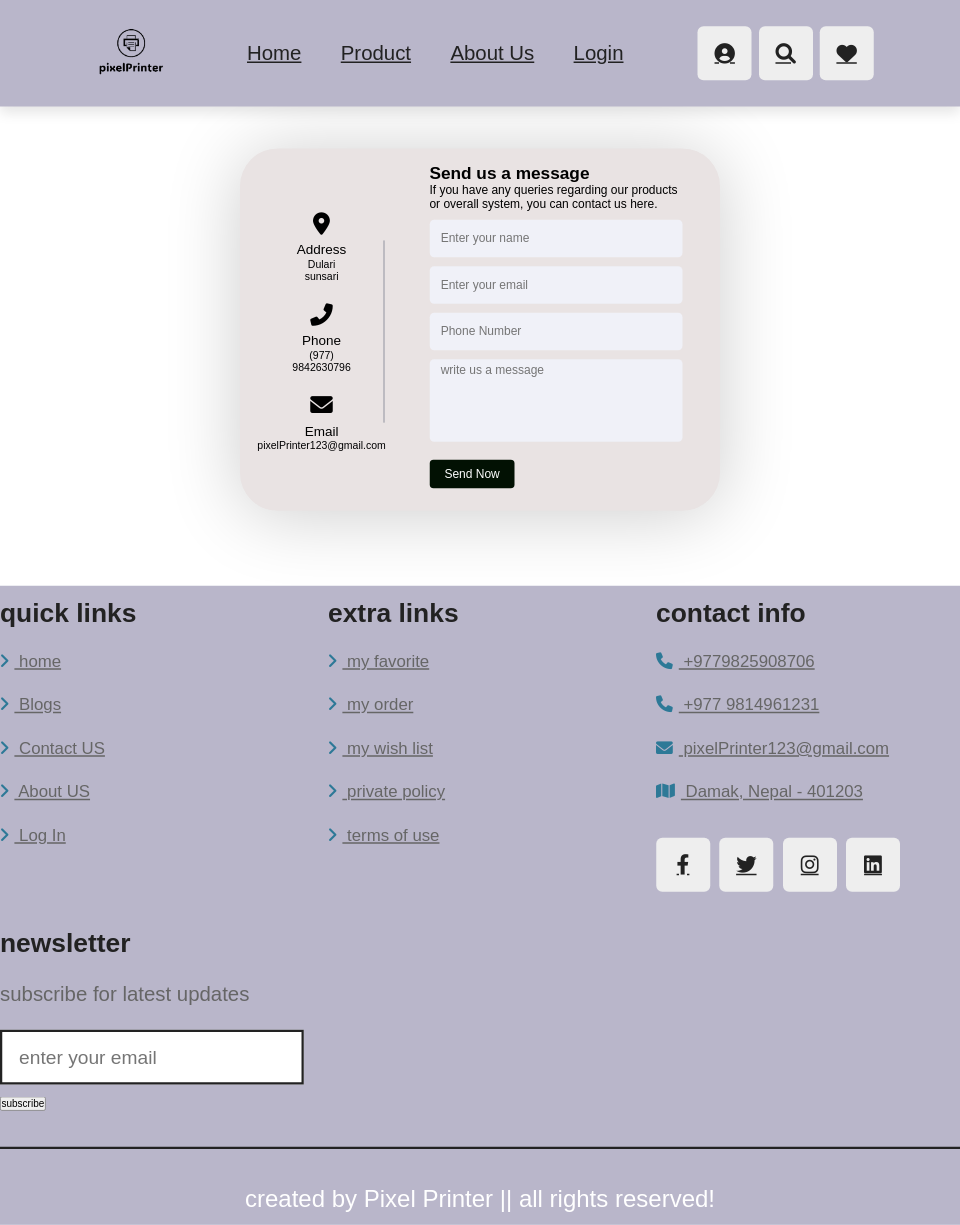
Repository: kritikakittu06/Ecommerce
Page: http://localhost/PixlePrinter/pages/Contact.jsp
The author's editor kept a copy of each file at every save. The page is drawn from the files as they stood at one save, then again after the next save.
The browser window is 1280 px wide. The pictures show the whole page, at 75% of full size.
The page is served by Tomcat 9. Other server files are loaded and not shown.

Above is the page before, as saved 2024-04-15 10:05:51.

### PixlePrinter/src/main/webapp/pages/Contact.jsp
<%@ page language="java" contentType="text/html; charset=ISO-8859-1"
	pageEncoding="ISO-8859-1"%>
<%@ page import="utilities.Utilities"%>
<!DOCTYPE html>
<html lang="en">
<head>
<meta charset="UTF-8">
<meta http-equiv="X-UA-Compatible" content="IE=edge">
<meta name="viewport" content="width=device-width, initial-scale=1.0">
<title>Contact Us</title>
<link rel="stylesheet"
	href="https://cdnjs.cloudflare.com/ajax/libs/font-awesome/6.0.0-beta3/css/all.min.css">
<link rel="stylesheet"
	href="${pageContext.request.contextPath}/css/Contact.css" />
</head>
<body>
	<section id="header" class="header">
		<a href="#"><img
			src="${pageContext.request.contextPath}/Images/logo.png" class="logo"
			style="width: 120px; height: auto;"></a>
		<nav class="navbar">
			<a class="active"
				href="${pageContext.request.contextPath}/pages/Index.jsp">Home</a> <a
				href="${pageContext.request.contextPath}/pages/product.jsp">Product</a>
			<a href="${pageContext.request.contextPath}/pages/Contact.jsp">About
				Us</a> <a href="${pageContext.request.contextPath}/Login.jsp">Login</a>
		</nav>
		<div class="icons">
			<div id="menu-btn" class="fas fa-bars"></div>
			<a href="#" class="fas fa-user-circle"></a> <a href="#"
				class="fas fa-search"></a> <a href="#" class="fas fa-heart"></a>
		</div>
	</section>
	<br>
	<br>
	<div class="message-from-backend">
		<% if (session.getAttribute(Utilities.Successfully_Stored_Message) != null) { %>
		<div class="alert alert-success" role="alert">
			<%= session.getAttribute(Utilities.Successfully_Stored_Message) %>
		</div>
		<% } else if (request.getAttribute(Utilities.ERROR_MESSAGE) != null) {
                  if (request.getAttribute(Utilities.ERROR_MESSAGE).equals(Utilities.INCORRECT_FORM_DATA_MESSAGE)) { %>
		<div class="alert alert-danger" role="alert">
			<%= request.getAttribute(Utilities.ERROR_MESSAGE) %>
		</div>
		<%   } else if (request.getAttribute(Utilities.ERROR_MESSAGE).equals(Utilities.SERVER_ERROR_MESSAGE)) { %>
		<div class="alert alert-danger" role="alert">
			<%= request.getAttribute(Utilities.ERROR_MESSAGE) %>
		</div>
		<%   }
                  } %>
	</div>
	<div class="container">
		<div class="content">
			<div class="left">
				<!-- Address Details -->
				<div class="address details">
					<i class="fas fa-map-marker-alt"></i>
					<div class="topic">Address</div>
					<div class="text-one">Dulari</div>
					<div class="text-two">sunsari</div>
				</div>
				<!-- Phone Details -->
				<div class="phone details">
					<i class="fas fa-phone-alt"></i>
					<div class="topic">Phone</div>
					<div class="text-one">(977) 9842630796</div>
				</div>
				<!-- Email Details -->
				<div class="email details">
					<i class="fas fa-envelope"></i>
					<div class="topic">Email</div>
					<div class="text-one">pixelPrinter123@gmail.com</div>
				</div>
			</div>
			<br> <br>
			<!-- Contact Form -->
			<div class="right">
				<div class="topic-text">Send us a message</div>
				<p >If you have any queries regarding our products or overall
					system, you can contact us here.</p>
				<form action="${pageContext.request.contextPath}/StoreContactUsMessage" method="post">
					<div class="input-box">
						<input name="name" type="text" id="name"
							placeholder="Enter your name" required>
					</div>
					<div class="input-box">
						<input name="email" type="text" id="email"
							placeholder="Enter your email" required>
					</div>
					<div class="input-box">
						<input type="tel" id="phoneNumber" placeholder="Phone Number"
							name="phone_Num">
					</div>
					<div class="input-box message-box">
						<textarea name="message" id="message"
							placeholder="write us a message" rows="4" cols="50" required></textarea>
					</div>
					<div class="button">
						<button type="submit">Send Now</button>
					</div>
				</form>
			</div>
		</div>
	</div>
	<section class="footer">
		<div class="box-container">
			<div class="box">
				<h3>quick links</h3>
				<a class="link" href="#home"> <i class="fas fa-angle-right"></i>
					home
				</a> <a class="link" href="#about"> <i class="fas fa-angle-right"></i>
					Blogs
				</a> <a class="link" href="#shop"> <i class="fas fa-angle-right"></i>
					Contact US
				</a> <a class="link" href="#gallery"> <i class="fas fa-angle-right"></i>
					About US
				</a> <a class="link" href="#message"> <i class="fas fa-angle-right"></i>
					Log In
				</a>
			</div>
			<div class="box">
				<h3>extra links</h3>
				<a class="link" href="#"> <i class="fas fa-angle-right"></i> my
					favorite
				</a> <a class="link" href="#"> <i class="fas fa-angle-right"></i> my
					order
				</a> <a class="link" href="#"> <i class="fas fa-angle-right"></i> my
					wish list
				</a> <a class="link" href="#"> <i class="fas fa-angle-right"></i>
					private policy
				</a> <a class="link" href="#"> <i class="fas fa-angle-right"></i>
					terms of use
				</a>
			</div>
			<div class="box">
				<h3>contact info</h3>
				<a class="link" href="#"> <i class="fas fa-phone"></i> +9779825908706
				</a> <a class="link" href="#"> <i class="fas fa-phone"></i> +977 9814961231
				</a> <a class="link" href="#"> <i class="fas fa-envelope"></i>
					pixelPrinter123@gmail.com
				</a> <a class="link" href="#"> <i class="fas fa-map"></i> Damak, Nepal - 401203
				</a>
				<div class="share">
					<a href="#" class="fab fa-facebook-f"></a> <a href="#"
						class="fab fa-twitter"></a> <a href="#" class="fab fa-instagram"></a>
					<a href="#" class="fab fa-linkedin"></a>
				</div>
			</div>
			<div class="box">
				<h3>newsletter</h3>
				<p>subscribe for latest updates</p>
				<form action="">
					<input type="email" name="" placeholder="enter your email" id=""
						class="email"> <input type="submit" value="subscribe"
						class="btn">
				</form>
			</div>
		</div>
		<div class="credit">
			created by <span>Pixel Printer</span> || all rights reserved!
		</div>
	</section>
</body>
</html>

### PixlePrinter/src/main/webapp/css/Contact.css
@charset "ISO-8859-1";
.header{
    position: sticky;
    top: 0;
    left: 0;
    right: 0;
    z-index: 1000;
    box-shadow: 0 0.5rem 1rem rgba(0,0,0,0.1);
    background:#b9b6ca;
    display: flex;
    align-items: center;
    justify-content: space-between;
    padding:1.5rem 9%;
}
.header .logo{
    font-size: 2.5rem;
    color: #222;
    font-weight: bolder;
}
.header .logo i{
    color: #2d709d;
}
.header .navbar a{
    margin: 0 1.5rem;
    font-size: 1.7rem;
    color: #222;
}
.header .navbar a:hover{
    color: #2d7f85;
}
.header .icons div,
.header .icons a{
    height: 4.5rem;
    width:4.5rem;
    line-height: 4.5rem;
    border-radius: .5rem;
    background: #eee;
    font-size: 1.7rem;
    color: #222;
    margin-left: .3rem;
    text-align: center;
    cursor: pointer;
}
.header .icons a:hover,
.header .icons div:hover{
    background: #298f93;
    color: #fff;
}
.header #menu-btn{
    display: none;
}
@import url('https://fonts.googleapis.com/css2?family=Poppins:wght@200;300;400;500;600;700&display=swap');
*{
  margin: 0;
  padding: 0;
  box-sizing: border-box;
  font-family: "Poppins" , sans-serif;
}
.container{
  width: 50%;
  background:#e9e3e3;
  border-radius: 50px;
  padding: 20px 50px 30px 40px;
  box-shadow: 0 5px 100px rgba(0, 0, 0, 0.2);
  margin: 0 auto;
}
.container .content{
  display: flex;
  align-items: center;
  justify-content: space-between;
}
.container .content .left{
  width: 25%;
  height: 100%;
  display: flex;
  flex-direction: column;
  align-items: center;
  justify-content: center;
  margin-top: 15px;
  position: relative;
}
.content .left::before{
  content: '';
  position: absolute;
  height: 70%;
  width: 2px;
  right: -15px;
  top: 50%;
  transform: translateY(-50%);
  background: #afafb6;
}
.content .left .details{
  margin: 14px;
  text-align: center;
}
.content .left .details i{
  font-size: 30px;
  color: black;
  margin-bottom: 10px;
}
.content .left .details .topic{
  font-size: 18px;
  font-weight: 500;
}
.content .left .details .text-one,
.content .left .details .text-two{
  font-size: 14px;
  color: #000002;
}
.container .content .right{
  width: 75%;
  margin-left: 75px;
}
.content .right .topic-text{
  font-size: 23px;
  font-weight: 600;
  color: #000000;
}
.right .input-box{
  height: 50px;
  width: 100%;
  margin: 12px 0;
}
.right .input-box input,
.right .input-box textarea{
  height: 100%;
  width: 100%;
  border: none;
  outline: none;
  font-size: 16px;
  background: #F0F1F8;
  border-radius: 6px;
  padding: 0 15px;
  resize: none;
}
.right .message-box{
  min-height: 110px;
}
.right .input-box textarea{
  padding-top: 6px;
}
.right .button{
  display: inline-block;
  margin-top: 12px;
}
.right .button input[type="button"]{
  color: #fff;
  font-size: 18px;
  outline: none;
  border: none;
  padding: 8px 16px;
  border-radius: 6px;
  background: #000000;
  cursor: pointer;
  transition: all 0.3s ease;
}
.button input[type="button"]:hover{
  background: #760a0a;
}

@media (max-width: 950px) {
  .container{
    width: 90%;
    padding: 30px 40px 40px 35px ;
  }
  .container .content .right{
   width: 75%;
   margin-left: 55px;
}
}
@media (max-width: 820px) {
  .container{
    margin: 40px 0;
    height: 100%;
  }
  .container .content{
    flex-direction: column-reverse;
  }
 .container .content .left{
   width: 100%;
   flex-direction: row;
   margin-top: 40px;
   justify-content: center;
   flex-wrap: wrap;
 }
 .container .content .left::before{
   display: none;
 }
 .container .content .right{
   width: 100%;
   margin-left: 0;
 }
}
.button button {
  background-color: #021103;
  color: white;
  padding: 10px 20px;
  border: none;
  border-radius: 5px;
  cursor: pointer;
  font-size: 16px;
}

.button button:hover {
  background-color: #0e57c4;
}

.footer{
    background:#b9b6ca;
    margin-top: 100px;
}

.footer .box-container{
    display: grid;
    grid-template-columns: repeat(auto-fit, minmax(25rem, 1fr));
    gap:2rem;
}
.footer .box-container .box h3{
    font-size: 2.2rem;
    color: #222;
    padding:1rem 0;
}
.footer .box-container .box .link{
    padding:1rem 0;
    font-size: 1.4rem;
    color: #666;
    display:block;
}
.footer .box-container .box .link i{
    padding-right: .5rem;
    color: #2d7997;
}
.footer .box-container .box .link:hover{
    color: #308b87;
}
.footer .box-container .box .link:hover i{
    padding-right: 2rem;
}
.footer .box-container .box .share{
    margin-top: 2rem;
}
.footer .box-container .box .share a{
    height:4.5rem;
    width:4.5rem;
    line-height: 4.5rem;
    font-size: 1.7rem;
    border-radius: .5rem;
    background: #eee;
    text-align: center;
    color: #222;
    margin-right: .5rem;
}
.footer .box-container .box .share a:hover{
    color: #fff;
    background: #2f8997;
}
.footer .box-container .box p{
    padding: 1rem 0;
    font-size: 1.7rem;
    color: #666;
}
.footer .box-container .box form .email{
    border:0.2rem solid #222;
    width: 100%;
    padding:1.2rem 1.4rem;
    text-transform: none;
    color: #666;
    margin: 1rem 0;
    font-size: 1.6rem;
}
.footer .credit{
    text-align: center;
    padding: 1rem;
    padding-top:3rem;
    margin-top: 3rem;
    font-size: 2rem;
    border-top: 0.2rem solid #222;
    color: #fff;
}
.footer .credit span{
   color: #333;
}


.message-from-backend {
  margin-top: 20px;
}

.message-from-backend .alert {
  padding: 10px;
  margin-bottom: 10px;
  border-radius: 5px;
}

.message-from-backend .alert-success {
  color: #155724;
  background-color: #d4edda;
  border-color: #c3e6cb;
}

.message-from-backend .alert-danger {
  color: #721c24;
  background-color: #f8d7da;
  border-color: #f5c6cb;
}

After the next save:
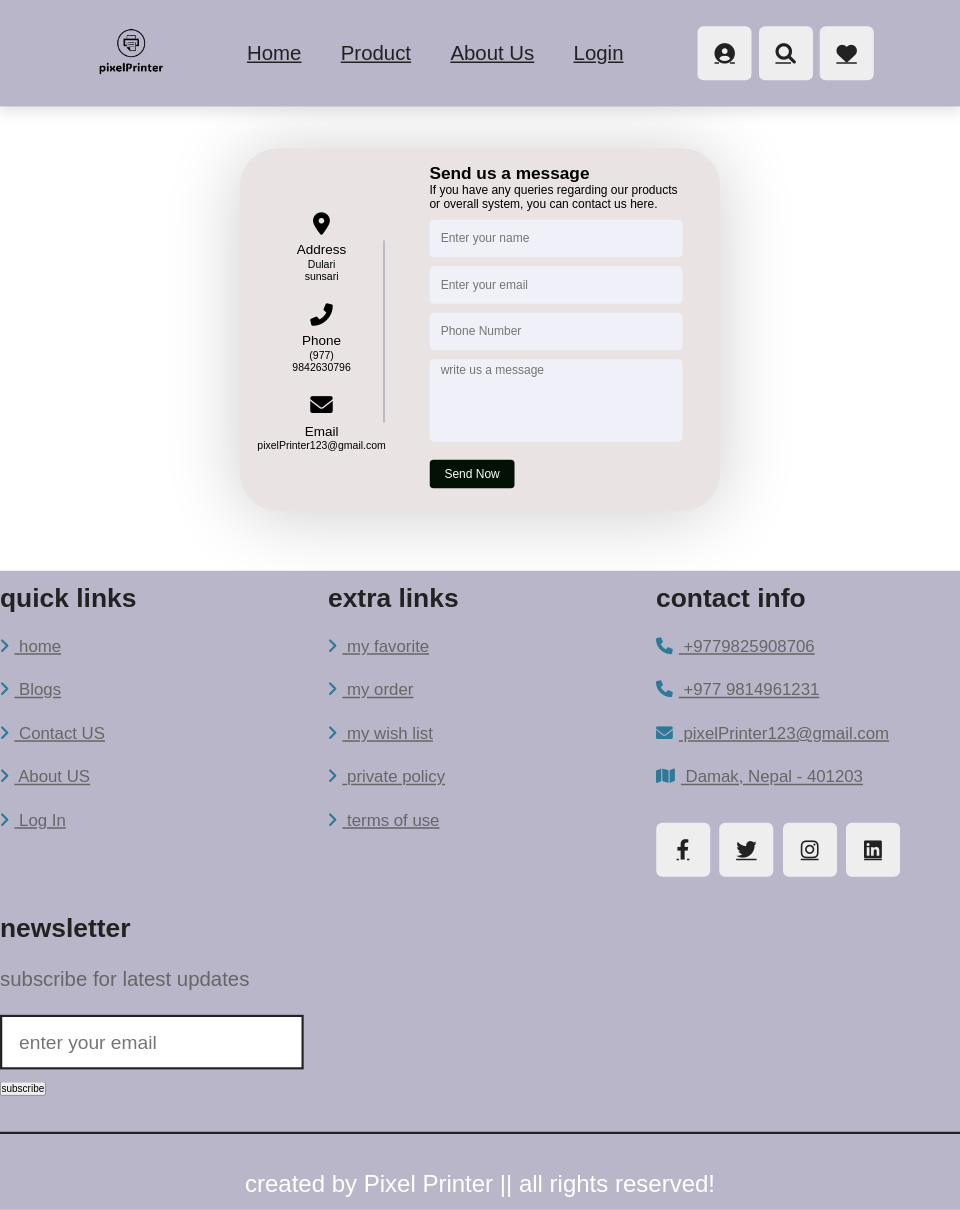
Saved 13 s later.
--- a/PixlePrinter/src/main/webapp/css/Contact.css
+++ b/PixlePrinter/src/main/webapp/css/Contact.css
@@ -207,7 +207,7 @@
 
 .footer{
     background:#b9b6ca;
-    margin-top: 100px;
+    margin-top: 80px;
 }
 
 .footer .box-container{
